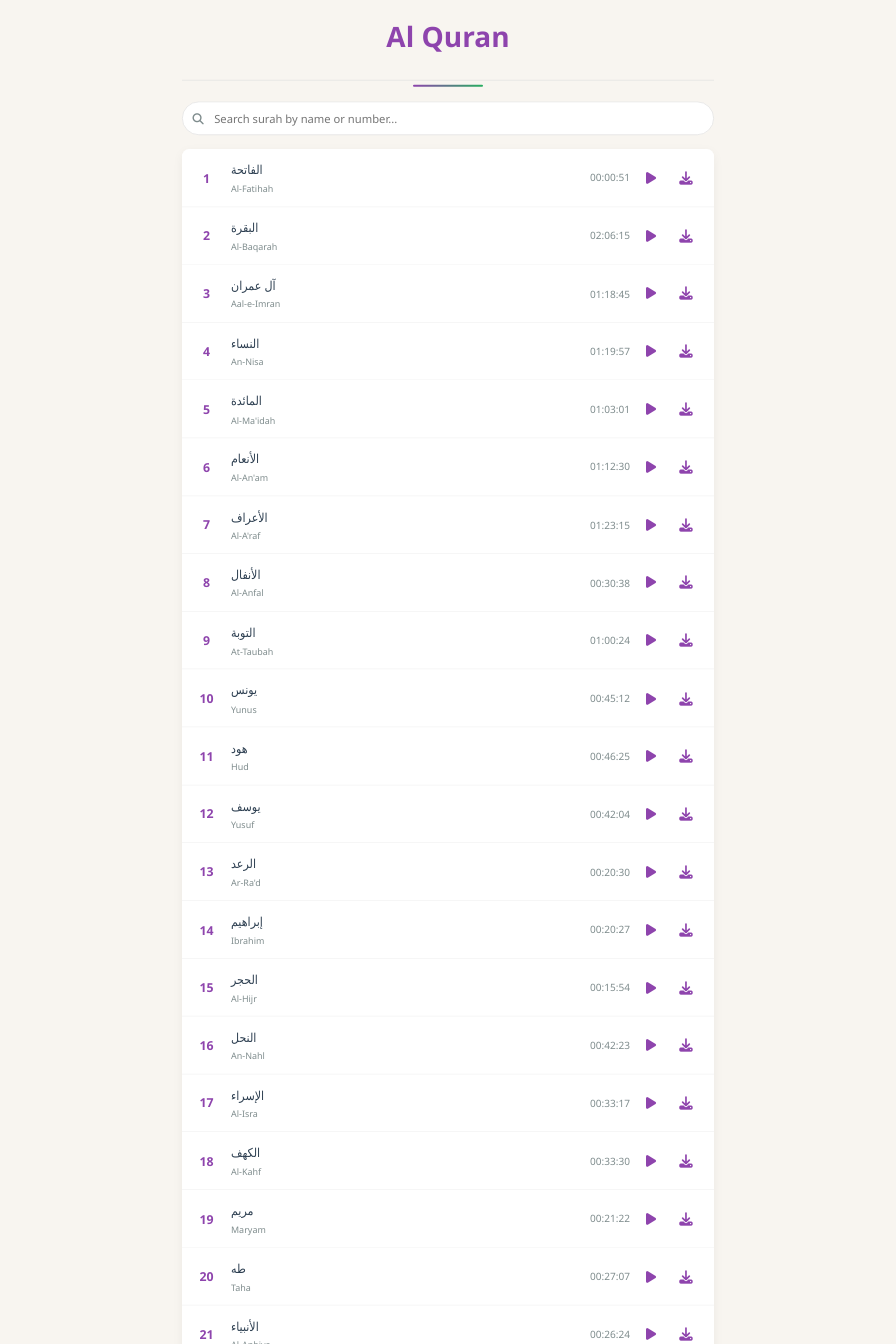
Repository: MohdKaarim/quran
Page: app/src/main/assets/Test.html
An editor plug-in stored every save of this project. The page is shown before and after the next save, followed by the edit.
The browser window is 1280 px wide. The pictures show the part of the page from y = 0 to 1920 px (the page is 9811 px tall), at 70% of full size.

Above is the page before, as saved 2025-07-07 23:12:31.

### app/src/main/assets/Test.html
<!DOCTYPE html>
<html lang="en">
<head>
  <meta charset="UTF-8">
  <meta name="viewport" content="width=device-width, initial-scale=1.0">
  <title>Al Quran - Complete Surah List</title>
  <link rel="stylesheet" href="https://cdnjs.cloudflare.com/ajax/libs/font-awesome/6.4.0/css/all.min.css">
  <style>
    :root {
            --primary-color: #8e44ad;
            --secondary-color: #27ae60;
            --text-color: #2c3e50;
            --light-text: #7f8c8d;
            --bg-color: #f8f5f0;
            --card-bg: #ffffff;
            --border-color: #e1e1e1;
        }
        * {
            margin: 0;
            padding: 0;
            box-sizing: border-box;
            font-family: 'Segoe UI', Tahoma, Geneva, Verdana, sans-serif;
        }

    body {
            background-color: var(--bg-color);
            color: var(--text-color);
            line-height: 1.6;
        }

    .container {
            max-width: 800px;
            margin: 0 auto;
            padding: 20px;
            padding-bottom: 100px; /* Space for player */
        }

    header {
            text-align: center;
            margin-bottom: 30px;
            padding-bottom: 20px;
            border-bottom: 1px solid var(--border-color);
            position: relative;
        }

    h1 {
            color: var(--primary-color);
            font-size: 2.5rem;
            margin-bottom: 10px;
            font-weight: 700;

        }

    .header-decoration {
            position: absolute;
            bottom: -10px;
            left: 50%;
            transform: translateX(-50%);
            width: 100px;
            height: 3px;
            background: linear-gradient(90deg, var(--primary-color), var(--secondary-color));
            border-radius: 3px;
        }
        .search-container {
            margin-bottom: 20px;
            position: relative;
        }

        #search-input {
            width: 100%;
            padding: 12px 15px 12px 45px;
            border: 1px solid var(--border-color);
            border-radius: 25px;
            font-size: 1rem;
            outline: none;
            transition: all 0.3s;
            background-color: var(--card-bg);
        }

        #search-input:focus {
            border-color: var(--primary-color);
            box-shadow: 0 0 8px rgba(142, 68, 173, 0.2);
        }

        .search-icon {
            position: absolute;
            left: 15px;
            top: 50%;
            transform: translateY(-50%);
            color: var(--light-text);
        }

    .surah-list {
            background-color: var(--card-bg);
            border-radius: 10px;
            box-shadow: 0 4px 15px rgba(0,0,0,0.05);
            overflow: hidden;
            margin-bottom: 30px;
        }

    .surah-item {
            display: flex;
            justify-content: space-between;
            align-items: center;
            padding: 15px 20px;
            border-bottom: 1px solid rgba(0,0,0,0.05);
            transition: all 0.2s;
            position: relative;
        }

    .surah-item:last-child {
      border-bottom: none;
    }

    .surah-item:hover {
            background-color: rgba(142, 68, 173, 0.03);
        }

    .surah-number {
            color: var(--primary-color);
            font-weight: bold;
            width: 30px;
            text-align: center;
            font-size: 1.1rem;
        }
    .surah-name {
            flex-grow: 1;
            padding: 0 20px;
            font-size: 1.1rem;
            font-weight: 500;
        }

        .surah-name-en {
            display: block;
            font-size: 0.8rem;
            color: var(--light-text);
            margin-top: 3px;
        }

        .surah-duration {
            color: var(--light-text);
            font-size: 0.9rem;
            width: 70px;
            text-align: right;
        }

    .play-btn {
            background: none;
            border: none;
            color: var(--primary-color);
            font-size: 1.2rem;
            cursor: pointer;
            width: 40px;
            height: 40px;
            border-radius: 50%;
            display: flex;
            align-items: center;
            justify-content: center;
            transition: all 0.2s;
            margin-left: 10px;
        }
      .download-btn {
            background: none;
            border: none;
            color: var(--primary-color);
            font-size: 1.2rem;
            cursor: pointer;
            width: 40px;
            height: 40px;
            border-radius: 50%;
            display: flex;
            align-items: center;
            justify-content: center;
            transition: all 0.2s;
            margin-left: 10px;
        }

    .play-btn:hover {
            background-color: rgba(142, 68, 173, 0.1);
            transform: scale(1.1);
        }
        .no-results {
            padding: 30px;
            text-align: center;
            color: var(--light-text);
            display: none;
        }

        p{
          text-align: center;
          font-weight: bold;
          }
  </style>
</head>
<body>
  <div class="container">
  <header>
  <h1>Al Quran</h1>
  <div class="header-decoration"></div>
    </header>

  <div class="search-container">
        <i class="fas fa-search search-icon"></i>
        <label for="search-input"></label><input type="text" id="search-input" placeholder="Search surah by name or number...">
  </div>

  <div class="surah-list" id="surah-list">
        <div class="no-results" id="no-results">
            <i class="fas fa-search" style="font-size: 2rem; margin-bottom: 10px;"></i>
            <p>No surahs found matching your search</p>
        </div>
    </div>
  <footer>
        <p>© 2025 AL Quran Web App | All Rights Reserved</p>
        <p>Created by Mohammed Karim</p>
    </footer>
</div>
  <script>
    const surahs = [
        {
          number: 1,
          name: "الفاتحة",
          nameEn: "Al-Fatihah",
          duration: "00:00:51"  },
        {
          number: 2,
          name: "البقرة",
          nameEn: "Al-Baqarah",
          duration: "02:06:15"  },
        {
          number: 3,
          name: "آل عمران",
          nameEn: "Aal-e-Imran",
          duration: "01:18:45"  },
        {
          number: 4,
          name: "النساء",
          nameEn: "An-Nisa",
          duration: "01:19:57"  },
        {
          number: 5,
          name: "المائدة",
          nameEn: "Al-Ma'idah",
          duration: "01:03:01"  },
        {
          number: 6,
          name: "الأنعام",
          nameEn: "Al-An'am",
          duration: "01:12:30"  },
        {
          number: 7,
          name: "الأعراف",
          nameEn: "Al-A'raf",
          duration: "01:23:15"  },
        {
          number: 8,
          name: "الأنفال",
          nameEn: "Al-Anfal",
          duration: "00:30:38"  },
        {
          number: 9,
          name: "التوبة",
          nameEn: "At-Taubah",
          duration: "01:00:24"  },
        {
          number: 10,
          name: "يونس",
          nameEn: "Yunus",
          duration: "00:45:12"  },
        {
          number: 11,
          name: "هود",
          nameEn: "Hud",
          duration: "00:46:25"  },
        {
          number: 12,
          name: "يوسف",
          nameEn: "Yusuf",
          duration: "00:42:04"  },
        {
          number: 13,
          name: "الرعد",
          nameEn: "Ar-Ra'd",
          duration: "00:20:30"  },
        {
          number: 14,
          name: "إبراهيم",
          nameEn: "Ibrahim",
          duration: "00:20:27"  },
        {
          number: 15,
          name: "الحجر",
          nameEn: "Al-Hijr",
          duration: "00:15:54"  },
        {
          number: 16,
          name: "النحل",
          nameEn: "An-Nahl",
          duration: "00:42:23"  },
        {
          number: 17,
          name: "الإسراء",
          nameEn: "Al-Isra",
          duration: "00:33:17"  },
        {
          number: 18,
          name: "الكهف",
          nameEn: "Al-Kahf",
          duration: "00:33:30"  },
        {
          number: 19,
          name: "مريم",
          nameEn: "Maryam",
          duration: "00:21:22"  },
        {
          number: 20,
          name: "طه",
          nameEn: "Taha",
          duration: "00:27:07"  },
        {
          number: 21,
          name: "الأنبياء",
          nameEn: "Al-Anbiya",
          duration: "00:26:24"  },
        {
          number: 22,
          name: "الحج",
          nameEn: "Al-Hajj",
          duration: "00:29:32"  },
        {
          number: 23,
          name: "المؤمنون",
          nameEn: "Al-Mu'minun",
          duration: "00:24:59"  },
        {
          number: 24,
          name: "النور",
          nameEn: "An-Nur",
          duration: "00:30:40"  },
        {
          number: 25,
          name: "الفرقان",
          nameEn: "Al-Furqan",
          duration: "00:18:21"  },
        {
          number: 26,
          name: "الشعراء",
          nameEn: "Ash-Shu'ara",
          duration: "00:30:46"  },
        {
          number: 27,
          name: "النمل",
          nameEn: "An-Naml",
          duration: "00:26:12"  },
        {
          number: 28,
          name: "القصص",
          nameEn: "Al-Qasas",
          duration: "00:31:43"  },
        {
          number: 29,
          name: "العنكبوت",
          nameEn: "Al-Ankabut",
          duration: "00:21:25"  },
        {
          number: 30,
          name: "الروم",
          nameEn: "Ar-Rum",
          duration: "00:19:31"  },
        {
          number: 31,
          name: "لقمان",
          nameEn: "Luqman",
          duration: "00:11:55"  },
        {
          number: 32,
          name: "السجدة",
          nameEn: "As-Sajdah",
          duration: "00:08:43"  },
        {
          number: 33,
          name: "الأحزاب",
          nameEn: "Al-Ahzab",
          duration: "00:29:17"  },
        {
          number: 34,
          name: "سبإ",
          nameEn: "Saba",
          duration: "00:19:02"  },
        {
          number: 35,
          name: "فاطر",
          nameEn: "Fatir",
          duration: "00:17:36"  },
        {
          number: 36,
          name: "يس",
          nameEn: "Ya-Sin",
          duration: "00:17:39"  },
        {
          number: 37,
          name: "الصافات",
          nameEn: "As-Saffat",
          duration: "00:24:24"  },
        {
          number: 38,
          name: "ص",
          nameEn: "Sad",
          duration: "00:17:49"  },
        {
          number: 39,
          name: "الزمر",
          nameEn: "Az-Zumar",
          duration: "00:27:09"  },
        {
          number: 40,
          name: "غافر",
          nameEn: "Ghafir",
          duration: "00:26:22"  },
        {
          number: 41,
          name: "فصلت",
          nameEn: "Fussilat",
          duration: "00:19:20"  },
        {
          number: 42,
          name: "الشورى",
          nameEn: "Ash-Shura",
          duration: "00:19:29"  },
        {
          number: 43,
          name: "الزخرف",
          nameEn: "Az-Zukhruf",
          duration: "00:20:28"  },
        {
          number: 44,
          name: "الدخان",
          nameEn: "Ad-Dukhan",
          duration: "00:09:51"  },
        {
          number: 45,
          name: "الجاثية",
          nameEn: "Al-Jathiyah",
          duration: "00:10:50"  },
        {
          number: 46,
          name: "الأحقاف",
          nameEn: "Al-Ahqaf",
          duration: "00:15:57"  },
        {
          number: 47,
          name: "محمد",
          nameEn: "Muhammad",
          duration: "00:12:17"  },
        {
          number: 48,
          name: "الفتح",
          nameEn: "Al-Fath",
          duration: "00:12:01"  },
        {
          number: 49,
          name: "الحجرات",
          nameEn: "Al-Hujurat",
          duration: "00:08:35"  },
        {
          number: 50,
          name: "ق",
          nameEn: "Qaf",
          duration: "00:09:19"  },
        {
          number: 51,
          name: "الذاريات",
          nameEn: "Adh-Dhariyat",
          duration: "00:09:04"  },
        {
          number: 52,
          name: "الطور",
          nameEn: "At-Tur",
          duration: "00:08:05"  },
        {
          number: 53,
          name: "النجم",
          nameEn: "An-Najm",
          duration: "00:07:41"  },
        {
          number: 54,
          name: "القمر",
          nameEn: "Al-Qamar",
          duration: "00:08:02"  },
        {
          number: 55,
          name: "الرحمن",
          nameEn: "Ar-Rahman",
          duration: "00:11:19"  },
        {
          number: 56,
          name: "الواقعة",
          nameEn: "Al-Waqi'ah",
          duration: "00:11:56"  },
        {
          number: 57,
          name: "الحديد",
          nameEn: "Al-Hadid",
          duration: "00:13:42"  },
        {
          number: 58,
          name: "المجادلة",
          nameEn: "Al-Mujadila",
          duration: "00:10:13"  },
        {
          number: 59,
          name: "الحشر",
          nameEn: "Al-Hashr",
          duration: "00:10:26"  },
        {
          number: 60,
          name: "الممتحنة",
          nameEn: "Al-Mumtahanah",
          duration: "00:07:31"  },
        {
          number: 61,
          name: "الصف",
          nameEn: "As-Saff",
          duration: "00:04:52"  },
        {
          number: 62,
          name: "الجمعة",
          nameEn: "Al-Jumu'ah",
          duration: "00:03:33"  },
        {
          number: 63,
          name: "المنافقون",
          nameEn: "Al-Munafiqun",
          duration: "00:04:18"  },
        {
          number: 64,
          name: "التغابن",
          nameEn: "At-Taghabun",
          duration: "00:05:24"  },
        {
          number: 65,
          name: "الطلاق",
          nameEn: "At-Talaq",
          duration: "00:06:01"  },
        {
          number: 66,
          name: "التحريم",
          nameEn: "At-Tahrim",
          duration: "00:06:12"  },
        {
          number: 67,
          name: "الملك",
          nameEn: "Al-Mulk",
          duration: "00:07:35"  },
        {
          number: 68,
          name: "القلم",
          nameEn: "Al-Qalam",
          duration: "00:07:36"  },
        {
          number: 69,
          name: "الحاقة",
          nameEn: "Al-Haqqah",
          duration: "00:06:45"  },
        {
          number: 70,
          name: "المعارج",
          nameEn: "Al-Ma'arij",
          duration: "00:05:17"  },
        {
          number: 71,
          name: "نوح",
          nameEn: "Nuh",
          duration: "00:04:40"  },
        {
          number: 72,
          name: "الجن",
          nameEn: "Al-Jinn",
          duration: "00:05:34"  },
        {
          number: 73,
          name: "المزمل",
          nameEn: "Al-Muzzammil",
          duration: "00:04:04"  },
        {
          number: 74,
          name: "المدثر",
          nameEn: "Al-Muddathir",
          duration: "00:05:24"  },
        {
          number: 75,
          name: "القيامة",
          nameEn: "Al-Qiyamah",
          duration: "00:03:31"  },
        {
          number: 76,
          name: "الإنسان",
          nameEn: "Al-Insan",
          duration: "00:05:14"  },
        {
          number: 77,
          name: "المرسلات",
          nameEn: "Al-Mursalat",
          duration: "00:04:59"  },
        {
          number: 78,
          name: "النبأ",
          nameEn: "An-Naba",
          duration: "00:04:52"  },
        {
          number: 79,
          name: "النازعات",
          nameEn: "An-Nazi'at",
          duration: "00:04:16"  },
        {
          number: 80,
          name: "عبس",
          nameEn: "Abasa",
          duration: "00:03:40"  },
        {
          number: 81,
          name: "التكوير",
          nameEn: "At-Takwir",
          duration: "00:02:38"  },
        {
          number: 82,
          name: "الإنفطار",
          nameEn: "Al-Infitar",
          duration: "00:02:16"  },
        {
          number: 83,
          name: "المطففين",
          nameEn: "Al-Mutaffifin",
          duration: "00:05:10"  },
        {
          number: 84,
          name: "الإنشقاق",
          nameEn: "Al-Inshiqaq",
          duration: "00:02:40"  },
        {
          number: 85,
          name: "البروج",
          nameEn: "Al-Buruj",
          duration: "00:03:18"  },
        {
          number: 86,
          name: "الطارق",
          nameEn: "At-Tariq",
          duration: "00:01:40"  },
        {
          number: 87,
          name: "الأعلى",
          nameEn: "Al-A'la",
          duration: "00:01:47"  },
        {
          number: 88,
          name: "الغاشية",
          nameEn: "Al-Ghashiyah",
          duration: "00:02:14"  },
        {
          number: 89,
          name: "الفجر",
          nameEn: "Al-Fajr",
          duration: "00:03:32"  },
        {
          number: 90,
          name: "البلد",
          nameEn: "Al-Balad",
          duration: "00:02:00"  },
        {
          number: 91,
          name: "الشمس",
          nameEn: "Ash-Shams",
          duration: "00:01:24"  },
        {
          number: 92,
          name: "الليل",
          nameEn: "Al-Lail",
          duration: "00:01:51"  },
        {
          number: 93,
          name: "الضحى",
          nameEn: "Ad-Duha",
          duration: "00:01:05"  },
        {
          number: 94,
          name: "الشرح",
          nameEn: "Ash-Sharh",
          duration: "00:00:42"  },
        {
          number: 95,
          name: "التين",
          nameEn: "At-Tin",
          duration: "00:01:04"  },
        {
          number: 96,
          name: "العلق",
          nameEn: "Al-Alaq",
          duration: "00:01:35"  },
        {
          number: 97,
          name: "القدر",
          nameEn: "Al-Qadr",
          duration: "00:00:45"  },
        {
          number: 98,
          name: "البينة",
          nameEn: "Al-Bayyinah",
          duration: "00:02:06"  },
        {
          number: 99,
          name: "الزلزلة",
          nameEn: "Az-Zalzalah",
          duration: "00:00:59"  },
        {
          number: 100,
          name: "العاديات",
          nameEn: "Al-Adiyat",
          duration: "00:01:10"  },
        {
          number: 101,
          name: "القارعة",
          nameEn: "Al-Qari'ah",
          duration: "00:01:02"  },
        {
          number: 102,
          name: "التكاثر",
          nameEn: "At-Takathur",
          duration: "00:01:02"  },
        {
          number: 103,
          name: "العصر",
          nameEn: "Al-Asr",
          duration: "00:00:27"  },
        {
          number: 104,
          name: "الهمزة",
          nameEn: "Al-Humazah",
          duration: "00:00:58"  },
        {
          number: 105,
          name: "الفيل",
          nameEn: "Al-Fil",
          duration: "00:00:48"  },
        {
          number: 106,
          name: "قريش",
          nameEn: "Quraish",
          duration: "00:00:42"  },
        {
          number: 107,
          name: "الماعون",
          nameEn: "Al-Ma'un",
          duration: "00:00:57"  },
        {
          number: 108,
          name: "الكوثر",
          nameEn: "Al-Kawthar",
          duration: "00:00:24"  },
        {
          number: 109,
          name: "الكافرون",
          nameEn: "Al-Kafirun",
          duration: "00:00:54"  },
        {
          number: 110,
          name: "النصر",
          nameEn: "An-Nasr",
          duration: "00:00:34"  },
        {
          number: 111,
          name: "المسد",
          nameEn: "Al-Masad",
          duration: "00:00:41"  },
        {
          number: 112,
          name: "الإخلاص",
          nameEn: "Al-Ikhlas",
          duration: "00:00:21"  },
        {
          number: 113,
          name: "الفلق",
          nameEn: "Al-Falaq",
          duration: "00:00:33"  },
        {
          number: 114,
          name: "الناس",
          nameEn: "An-Nas",
          duration: "00:00:50"  }
      ]

    const surahListElement = document.getElementById('surah-list');
    const noResultsElement = document.getElementById('no-results');

    function renderSurahList(filteredSurahs = surahs) {
    surahListElement.innerHTML = '';
    noResultsElement.style.display = 'none';

    if (filteredSurahs.length === 0) {
        noResultsElement.style.display = 'block';
        return;
    }

    filteredSurahs.forEach(surah => {
        const surahItem = document.createElement('div');
        surahItem.className = 'surah-item';
        surahItem.innerHTML = `
            <div class="surah-number">${surah.number}</div>
            <div class="surah-name">
                ${surah.name}
                <span class="surah-name-en">${surah.nameEn}</span>
            </div>
            <div class="surah-duration">${surah.duration}</div>
            <button class="play-btn" onclick="playSurah(${surah.number})">
            <i class="fas fa-play"></i>
          </button>
          <button class="download-btn" style="margin-left: 10px;" onclick="event.stopPropagation(); window.location.href='1xcjTc3G9W4QavZXG6Cv-R_u_vcYVq8Xh?';">
        <i class="fas fa-download"></i>
        </button>
        `;
        surahListElement.appendChild(surahItem);
      });
    }

    function playSurah(number) {
    AndroidBridge.openSurahPage(number);
}
document.getElementById('search-input').addEventListener('input', function () {
    const searchTerm = this.value.toLowerCase();

    if (searchTerm === '') {
        renderSurahList();
        return;
    }

    const filteredSurahs = surahs.filter(surah =>
        surah.name.toLowerCase().includes(searchTerm) ||
        surah.nameEn.toLowerCase().includes(searchTerm) ||
        surah.number.toString().includes(searchTerm)
    );

    renderSurahList(filteredSurahs);
});

    renderSurahList();
  </script>
</body>
</html>

After the next save:
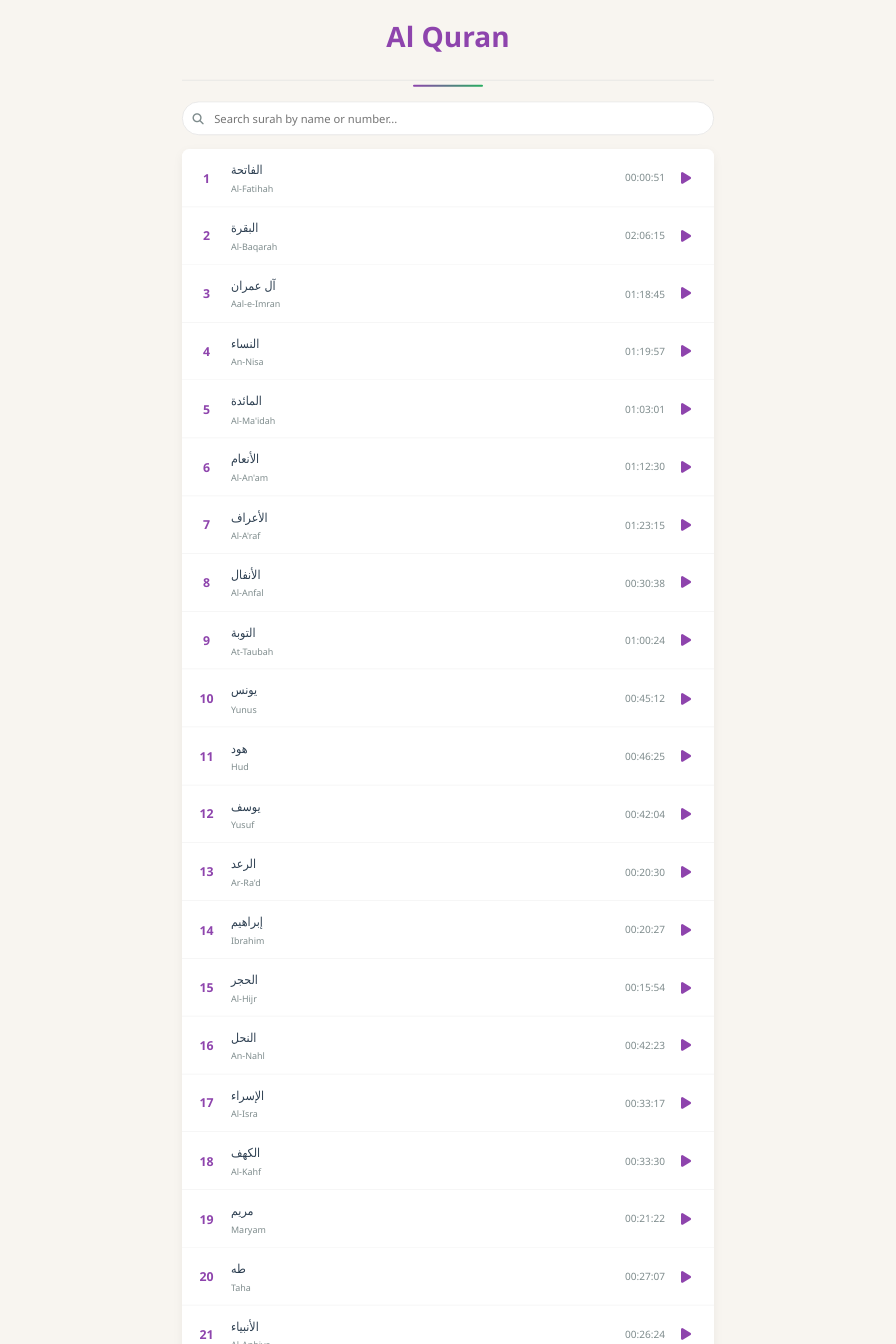
Saved 18 h 4 min later.
--- a/app/src/main/assets/Test.html
+++ b/app/src/main/assets/Test.html
@@ -814,9 +814,7 @@
             <button class="play-btn" onclick="playSurah(${surah.number})">
             <i class="fas fa-play"></i>
           </button>
-          <button class="download-btn" style="margin-left: 10px;" onclick="event.stopPropagation(); window.location.href='1xcjTc3G9W4QavZXG6Cv-R_u_vcYVq8Xh?';">
-        <i class="fas fa-download"></i>
-        </button>
+
         `;
         surahListElement.appendChild(surahItem);
       });
